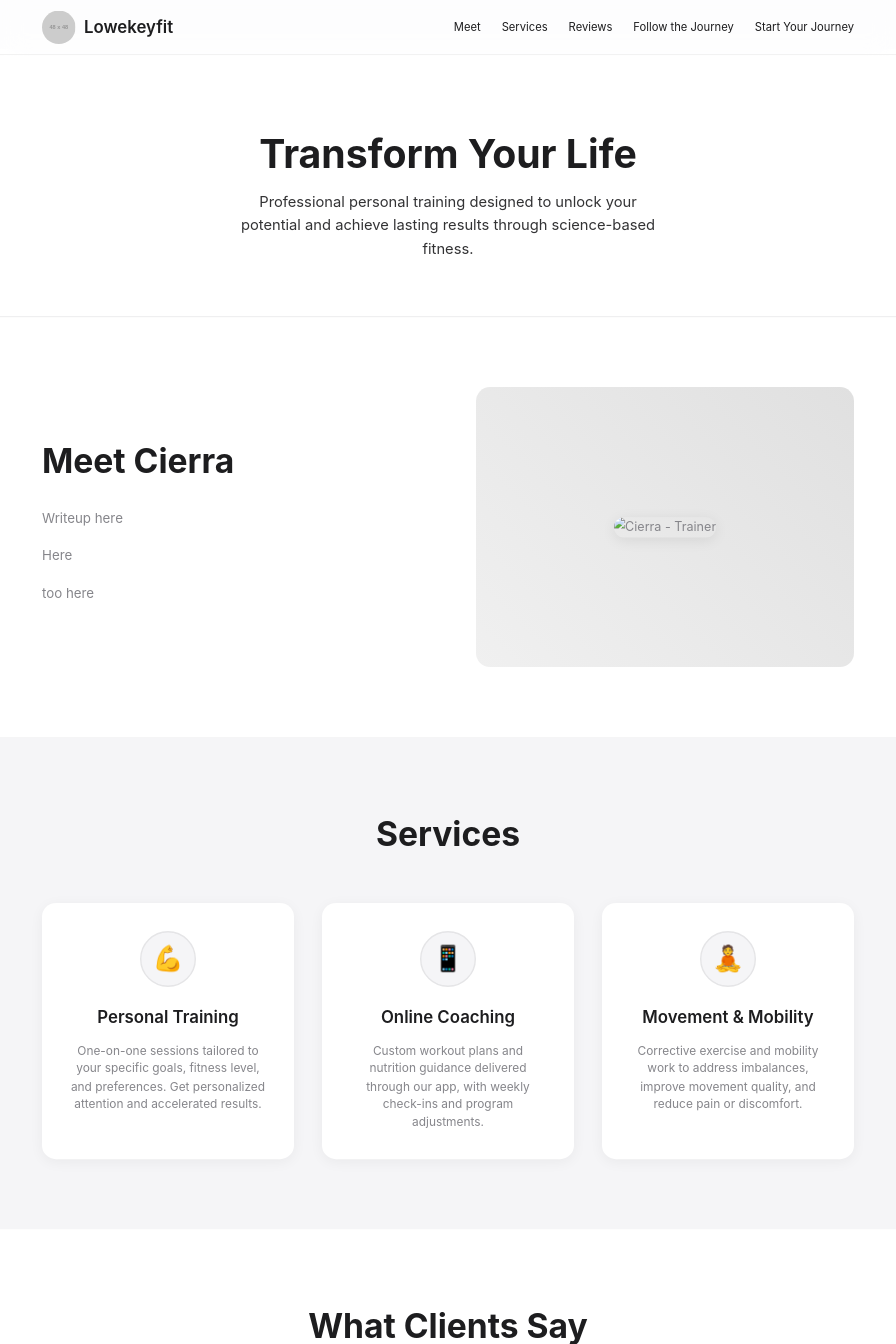
Repository: Hinuix/Ear-Website
Page: index.html
An editor plug-in stored every save of this project. The page is shown before and after the next save, followed by the edit.
The browser window is 1280 px wide. The pictures show the part of the page from y = 0 to 1920 px (the page is 4134 px tall), at 70% of full size.

Above is the page before, as saved 2025-08-10 12:29:18.
Console error: TypeError: Cannot read properties of null (reading 'appendChild')
Not found: ierra.jpeg

### index.html
<!DOCTYPE html>
<html lang="en">
<head>
    <meta charset="UTF-8">
    <meta name="viewport" content="width=device-width, initial-scale=1.0">
    <title>Alex Cooper - Personal Training</title>
    <style>
        * {
            margin: 0;
            padding: 0;
            box-sizing: border-box;
        }

        body {
            font-family: -apple-system, BlinkMacSystemFont, 'Segoe UI', Roboto, sans-serif;
            line-height: 1.6;
            color: #1d1d1f;
            background: #f5f5f7;
        }

        .container {
            max-width: 1200px;
            margin: 0 auto;
            padding: 0 20px;
        }

        /* Header */
        header {
            background: rgba(255, 255, 255, 0.8);
            backdrop-filter: blur(20px);
            position: fixed;
            top: 0;
            width: 100%;
            z-index: 1000;
            border-bottom: 1px solid rgba(0, 0, 0, 0.1);
        }

        nav {
            display: flex;
            justify-content: space-between;
            align-items: center;
            padding: 15px 20px;
            max-width: 1200px;
            margin: 0 auto;
        }

        .logo {
            font-size: 24px;
            font-weight: 600;
            color: #1d1d1f;
        }

        .nav-links {
            display: flex;
            list-style: none;
            gap: 30px;
        }

        .nav-links a {
            text-decoration: none;
            color: #1d1d1f;
            font-weight: 400;
            transition: color 0.3s ease;
        }

        .nav-links a:hover {
            color: #86868b;
        }

        /* Hero Section */
        .hero {
            background: white;
            color: #1d1d1f;
            text-align: center;
            padding: 120px 0 80px;
            margin-top: 70px;
            border-bottom: 1px solid #e5e5e7;
        }

        .hero h1 {
            font-size: 56px;
            font-weight: 700;
            margin-bottom: 20px;
            line-height: 1.1;
        }

        .hero p {
            font-size: 21px;
            font-weight: 400;
            opacity: 0.9;
            max-width: 600px;
            margin: 0 auto;
        }

        /* About Section */
        .about {
            padding: 100px 0;
            background: white;
        }

        .about-content {
            display: grid;
            grid-template-columns: 1fr 1fr;
            gap: 80px;
            align-items: center;
        }

        .about-text h2 {
            font-size: 48px;
            font-weight: 700;
            margin-bottom: 30px;
            color: #1d1d1f;
        }

        .about-text p {
            font-size: 19px;
            color: #86868b;
            margin-bottom: 25px;
            line-height: 1.5;
        }

        .about-image {
            background: linear-gradient(45deg, #f0f0f0, #e0e0e0);
            height: 400px;
            border-radius: 20px;
            display: flex;
            align-items: center;
            justify-content: center;
            font-size: 18px;
            color: #86868b;
        }

        /* Services Section */
        .services {
            padding: 100px 0;
            background: #f5f5f7;
        }

        .services h2 {
            text-align: center;
            font-size: 48px;
            font-weight: 700;
            margin-bottom: 60px;
            color: #1d1d1f;
        }

        .services-grid {
            display: grid;
            grid-template-columns: repeat(auto-fit, minmax(300px, 1fr));
            gap: 40px;
        }

        .service-card {
            background: white;
            padding: 40px;
            border-radius: 20px;
            text-align: center;
            box-shadow: 0 4px 20px rgba(0, 0, 0, 0.05);
            transition: transform 0.3s ease, box-shadow 0.3s ease;
        }

        .service-card:hover {
            transform: translateY(-5px);
            box-shadow: 0 8px 30px rgba(0, 0, 0, 0.1);
        }

        .service-icon {
            width: 80px;
            height: 80px;
            background: #f5f5f7;
            border: 2px solid #e5e5e7;
            border-radius: 50%;
            display: flex;
            align-items: center;
            justify-content: center;
            margin: 0 auto 25px;
            font-size: 36px;
            color: #1d1d1f;
        }

        .service-card h3 {
            font-size: 24px;
            font-weight: 600;
            margin-bottom: 15px;
            color: #1d1d1f;
        }

        .service-card p {
            font-size: 17px;
            color: #86868b;
            line-height: 1.5;
        }

        /* Testimonials Section */
        .testimonials {
            padding: 100px 0;
            background: white;
        }

        .testimonials h2 {
            text-align: center;
            font-size: 48px;
            font-weight: 700;
            margin-bottom: 60px;
            color: #1d1d1f;
        }

        .testimonials-grid {
            display: grid;
            grid-template-columns: repeat(auto-fit, minmax(350px, 1fr));
            gap: 40px;
        }

        .testimonial-card {
            background: #f5f5f7;
            padding: 40px;
            border-radius: 20px;
            text-align: center;
            transition: transform 0.3s ease;
        }

        .testimonial-card:hover {
            transform: translateY(-5px);
        }

        .stars {
            font-size: 24px;
            color: #ffcc02;
            margin-bottom: 20px;
        }

        .testimonial-card p {
            font-size: 18px;
            color: #1d1d1f;
            font-style: italic;
            line-height: 1.6;
            margin-bottom: 25px;
        }

        .testimonial-author {
            border-top: 1px solid #e5e5e7;
            padding-top: 20px;
        }

        .testimonial-author strong {
            display: block;
            font-size: 17px;
            color: #1d1d1f;
            margin-bottom: 5px;
        }

        .testimonial-author span {
            font-size: 15px;
            color: #86868b;
        }

        /* Contact Section */
        .contact {
            padding: 100px 0;
            background: white;
        }

        .contact h2 {
            text-align: center;
            font-size: 48px;
            font-weight: 700;
            margin-bottom: 20px;
            color: #1d1d1f;
        }

        .contact-subtitle {
            text-align: center;
            font-size: 21px;
            color: #86868b;
            margin-bottom: 60px;
        }

        .contact-form {
            max-width: 600px;
            margin: 0 auto;
        }

        .form-group {
            margin-bottom: 30px;
        }

        .form-group label {
            display: block;
            font-size: 17px;
            font-weight: 600;
            color: #1d1d1f;
            margin-bottom: 8px;
        }

        .form-group input,
        .form-group textarea {
            width: 100%;
            padding: 15px 20px;
            border: 1px solid #d2d2d7;
            border-radius: 12px;
            font-size: 17px;
            font-family: inherit;
            transition: border-color 0.3s ease, box-shadow 0.3s ease;
            background: #fbfbfd;
        }

        .form-group input:focus,
        .form-group textarea:focus {
            outline: none;
            border-color: #86868b;
            box-shadow: 0 0 0 3px rgba(134, 134, 139, 0.1);
        }

        .form-group textarea {
            height: 120px;
            resize: vertical;
        }

        .submit-btn {
            background: #1d1d1f;
            color: white;
            border: none;
            padding: 15px 40px;
            border-radius: 12px;
            font-size: 17px;
            font-weight: 600;
            cursor: pointer;
            transition: transform 0.2s ease, box-shadow 0.3s ease;
            width: 100%;
        }

        .submit-btn:hover {
            transform: translateY(-2px);
            box-shadow: 0 8px 25px rgba(29, 29, 31, 0.2);
        }

        /* Instagram Section */
        .instagram {
            padding: 100px 0;
            background: #f5f5f7;
        }

        .instagram h2 {
            text-align: center;
            font-size: 48px;
            font-weight: 700;
            margin-bottom: 60px;
            color: #1d1d1f;
        }

        .instagram-scroll {
            display: flex;
            gap: 20px;
            overflow-x: auto;
            padding: 20px 0;
            scroll-behavior: smooth;
        }

        .instagram-scroll::-webkit-scrollbar {
            height: 8px;
        }

        .instagram-scroll::-webkit-scrollbar-track {
            background: #e5e5e7;
            border-radius: 4px;
        }

        .instagram-scroll::-webkit-scrollbar-thumb {
            background: #d2d2d7;
            border-radius: 4px;
        }

        .instagram-scroll::-webkit-scrollbar-thumb:hover {
            background: #b0b0b0;
        }

        .instagram-post {
            min-width: 300px;
            height: 300px;
            background: white;
            border-radius: 20px;
            overflow: hidden;
            box-shadow: 0 4px 20px rgba(0, 0, 0, 0.05);
            transition: transform 0.3s ease;
            cursor: pointer;
        }

        .instagram-post:hover {
            transform: scale(1.05);
        }

        .instagram-post img {
            width: 100%;
            height: 100%;
            object-fit: cover;
        }

        /* Footer */
        footer {
            background: #1d1d1f;
            color: white;
            text-align: center;
            padding: 60px 0;
        }

        footer p {
            font-size: 17px;
            opacity: 0.8;
        }

        /* Responsive */
        @media (max-width: 768px) {
            .nav-links {
                display: none;
            }

            .hero h1 {
                font-size: 40px;
            }

            .hero p {
                font-size: 19px;
            }

            .about-content {
                grid-template-columns: 1fr;
                gap: 40px;
            }

            .about h2,
            .services h2,
            .contact h2,
            .instagram h2 {
                font-size: 36px;
            }

            .services-grid {
                grid-template-columns: 1fr;
            }

            .instagram-post {
                min-width: 250px;
                height: 250px;
            }
        }

        /* Animations */
        @keyframes fadeInUp {
            from {
                opacity: 0;
                transform: translateY(30px);
            }
            to {
                opacity: 1;
                transform: translateY(0);
            }
        }

        .fade-in {
            animation: fadeInUp 0.8s ease-out;
        }

        /* Smooth scrolling */
        html {
            scroll-behavior: smooth;
        }
    </style>
</head>
<body>
    <!-- Header -->
    <header>
        <nav>
            <div class="logo" style="display: flex; align-items: center; gap: 12px;">
                <img src="https://via.placeholder.com/48x48.png?text=Logo" alt="Lowekeyfit Logo" style="height:48px;width:48px;border-radius:50%;object-fit:cover;">
                <span>Lowekeyfit</span>
            </div>
            <ul class="nav-links">
                <li><a href="#about">Meet</a></li>
                <li><a href="#services">Services</a></li>
                <li><a href="#testimonials">Reviews</a></li>
                <li><a href="#instagram">Follow the Journey</a></li>
                <li><a href="#contact">Start Your Journey</a></li>
            </ul>
        </nav>
    </header>

    <!-- Hero Section -->
    <section class="hero">
        <div class="container">
            <h1>Transform Your Life</h1>
            <p>Professional personal training designed to unlock your potential and achieve lasting results through science-based fitness.</p>
        </div>
    </section>

    <!-- About Section -->
    <section class="about" id="about">
        <div class="container">
            <div class="about-content">
                <div class="about-text fade-in">
                    <h2>Meet Cierra</h2>
                    <p>Writeup here</p>
                    <p>Here</p>
                    <p>too here</p>
                </div>
                <div class="about-image">
                    <img src="ierra.jpeg" alt="Cierra - Trainer" style="max-width:100%;max-height:100%;border-radius:16px;object-fit:cover;box-shadow:0 4px 20px rgba(0,0,0,0.08);">
                </div>
            </div>
        </div>
    </section>

    <!-- Services Section -->
    <section class="services" id="services">
        <div class="container">
            <h2>Services</h2>
            <div class="services-grid">
                <div class="service-card fade-in">
                    <div class="service-icon">💪</div>
                    <h3>Personal Training</h3>
                    <p>One-on-one sessions tailored to your specific goals, fitness level, and preferences. Get personalized attention and accelerated results.</p>
                </div>
                <div class="service-card fade-in">
                    <div class="service-icon">📱</div>
                    <h3>Online Coaching</h3>
                    <p>Custom workout plans and nutrition guidance delivered through our app, with weekly check-ins and program adjustments.</p>
                </div>
                <div class="service-card fade-in">
                    <div class="service-icon">🧘</div>
                    <h3>Movement & Mobility</h3>
                    <p>Corrective exercise and mobility work to address imbalances, improve movement quality, and reduce pain or discomfort.</p>
                </div>
            </div>
        </div>
    </section>

    <!-- Testimonials Section -->
    <section class="testimonials" id="testimonials">
        <div class="container">
            <h2>What Clients Say</h2>
            <div class="testimonials-grid">
                <div class="testimonial-card fade-in">
                    <div class="stars">★★★★★</div>
                    <p>"Alex completely transformed my approach to fitness. In just 6 months, I've gained strength I never thought possible and feel more confident than ever."</p>
                    <div class="testimonial-author">
                        <strong>Sarah M.</strong>
                        <span>Marketing Director</span>
                    </div>
                </div>
                <div class="testimonial-card fade-in">
                    <div class="stars">★★★★★</div>
                    <p>"The personalized training plans and constant support made all the difference. Alex truly cares about your success and adapts everything to your needs."</p>
                    <div class="testimonial-author">
                        <strong>Mike R.</strong>
                        <span>Business Owner</span>
                    </div>
                </div>
                <div class="testimonial-card fade-in">
                    <div class="stars">★★★★★</div>
                    <p>"Working with Alex has been life-changing. Not just physically, but mentally too. The confidence and energy I've gained extends to every area of my life."</p>
                    <div class="testimonial-author">
                        <strong>Jennifer L.</strong>
                        <span>Teacher</span>
                    </div>
                </div>
            </div>
        </div>
    </section>

    <!-- Instagram Section -->
    <section class="instagram" id="instagram">
        <div class="container">
            <h2>Follow the Journey</h2>
            <!-- Instagram Feed Widget for @lowekeyfit -->
            <div style="max-width: 100%;">
                <iframe src="https://cdn.lightwidget.com/widgets/xxxxxxxxxxxx.html" scrolling="no" allowtransparency="true" class="lightwidget-widget" style="width:100%;border:0;overflow:hidden;" title="Instagram Feed"></iframe>
            </div>
            <!-- To use your real feed, sign up at https://lightwidget.com, generate a free widget for @lowekeyfit, and replace the xxxxxxxxxxxx with your widget ID. -->
        </div>
    </section>

    <!-- Contact Section -->
    <section class="contact" id="contact">
        <div class="container">
            <h2>Start Your Journey</h2>
            <p class="contact-subtitle">Ready to take the first step? Let's discuss your goals and create a plan that works for you.</p>
            <form class="contact-form" id="contactForm">
                <div class="form-group">
                    <label for="name">Name</label>
                    <input type="text" id="name" name="name" required>
                </div>
                <div class="form-group">
                    <label for="email">Email</label>
                    <input type="email" id="email" name="email" required>
                </div>
                <div class="form-group">
                    <label for="phone">Phone</label>
                    <input type="tel" id="phone" name="phone">
                </div>
                <div class="form-group">
                    <label for="goals">Your Fitness Goals</label>
                    <textarea id="goals" name="goals" placeholder="Tell me about what you'd like to achieve..."></textarea>
                </div>
                <button type="submit" class="submit-btn">Get Started</button>
            </form>
        </div>
    </section>

    <!-- Footer -->
    <footer>
        <div class="container">
            <p>&copy; 2025 Alex Cooper Fitness. Transforming lives through fitness.</p>
        </div>
    </footer>

    <script>
        // Smooth scrolling for navigation links
        document.querySelectorAll('a[href^="#"]').forEach(anchor => {
            anchor.addEventListener('click', function (e) {
                e.preventDefault();
                const target = document.querySelector(this.getAttribute('href'));
                if (target) {
                    target.scrollIntoView({
                        behavior: 'smooth',
                        block: 'start'
                    });
                }
            });
        });

        // Form submission
        document.getElementById('contactForm').addEventListener('submit', function(e) {
            e.preventDefault();

            // Get form data
            const formData = new FormData(this);
            const data = Object.fromEntries(formData);

            // Simple validation
            if (!data.name || !data.email) {
                alert('Please fill in your name and email.');
                return;
            }

            // Simulate form submission
            alert('Thank you for your interest! I\'ll get back to you within 24 hours.');
            this.reset();
        });

        // Instagram feed simulation with sample fitness images
        const instagramPosts = [
            {
                id: 1,
                image: 'https://images.unsplash.com/photo-1571019613454-1cb2f99b2d8b?w=300&h=300&fit=crop&crop=center',
                alt: 'Workout session'
            },
            {
                id: 2,
                image: 'https://images.unsplash.com/photo-1581009146145-b5ef050c2e1e?w=300&h=300&fit=crop&crop=center',
                alt: 'Gym training'
            },
            {
                id: 3,
                image: 'https://images.unsplash.com/photo-1534438327276-14e5300c3a48?w=300&h=300&fit=crop&crop=center',
                alt: 'Fitness motivation'
            },
            {
                id: 4,
                image: 'https://images.unsplash.com/photo-1517836357463-d25dfeac3438?w=300&h=300&fit=crop&crop=center',
                alt: 'Gym equipment'
            },
            {
                id: 5,
                image: 'https://images.unsplash.com/photo-1583454110551-21f2fa2afe61?w=300&h=300&fit=crop&crop=center',
                alt: 'Personal training'
            },
            {
                id: 6,
                image: 'https://images.unsplash.com/photo-1550345332-09e3ac987658?w=300&h=300&fit=crop&crop=center',
                alt: 'Fitness lifestyle'
            },
            {
                id: 7,
                image: 'https://images.unsplash.com/photo-1571019613454-1cb2f99b2d8b?w=300&h=300&fit=crop&crop=center',
                alt: 'Training session'
            },
            {
                id: 8,
                image: 'https://images.unsplash.com/photo-1506629905607-c8bb1ee42cc6?w=300&h=300&fit=crop&crop=center',
                alt: 'Outdoor fitness'
            }
        ];

        // Load Instagram posts
        function loadInstagramPosts() {
            const instagramFeed = document.getElementById('instagramFeed');

            instagramPosts.forEach(post => {
                const postElement = document.createElement('div');
                postElement.className = 'instagram-post';
                postElement.innerHTML = `<img src="${post.image}" alt="${post.alt}" loading="lazy">`;

                // Add click handler to simulate Instagram link
                postElement.addEventListener('click', () => {
                    window.open('https://instagram.com', '_blank');
                });

                instagramFeed.appendChild(postElement);
            });
        }

        // Intersection Observer for fade-in animations
        const observerOptions = {
            threshold: 0.1,
            rootMargin: '0px 0px -50px 0px'
        };

        const observer = new IntersectionObserver((entries) => {
            entries.forEach(entry => {
                if (entry.isIntersecting) {
                    entry.target.style.opacity = '1';
                    entry.target.style.transform = 'translateY(0)';
                }
            });
        }, observerOptions);

        // Initialize when page loads
        document.addEventListener('DOMContentLoaded', function() {
            loadInstagramPosts();

            // Observe fade-in elements
            document.querySelectorAll('.fade-in').forEach(el => {
                el.style.opacity = '0';
                el.style.transform = 'translateY(30px)';
                el.style.transition = 'opacity 0.8s ease, transform 0.8s ease';
                observer.observe(el);
            });
        });

        // Parallax effect for hero section
        window.addEventListener('scroll', () => {
            const scrolled = window.pageYOffset;
            const hero = document.querySelector('.hero');
            if (hero) {
                hero.style.transform = `translateY(${scrolled * 0.5}px)`;
            }
        });
    </script>
</body>
</html>

After the next save:
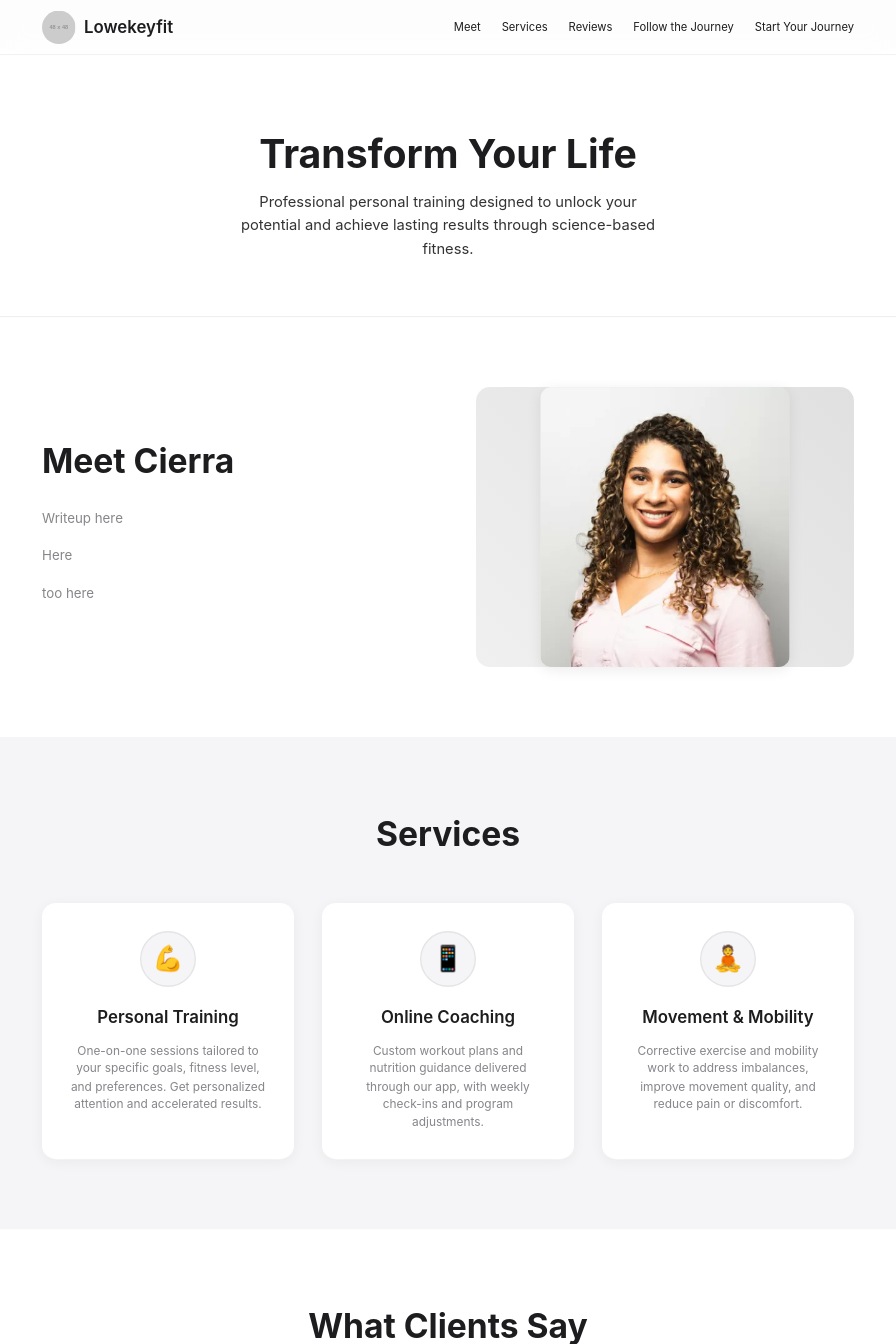
Saved 26 s later.
--- a/index.html
+++ b/index.html
@@ -503,7 +503,7 @@
                     <p>too here</p>
                 </div>
                 <div class="about-image">
-                    <img src="ierra.jpeg" alt="Cierra - Trainer" style="max-width:100%;max-height:100%;border-radius:16px;object-fit:cover;box-shadow:0 4px 20px rgba(0,0,0,0.08);">
+                    <img src="cierra.jpeg" alt="Cierra - Trainer" style="max-width:100%;max-height:100%;border-radius:16px;object-fit:cover;box-shadow:0 4px 20px rgba(0,0,0,0.08);">
                 </div>
             </div>
         </div>
